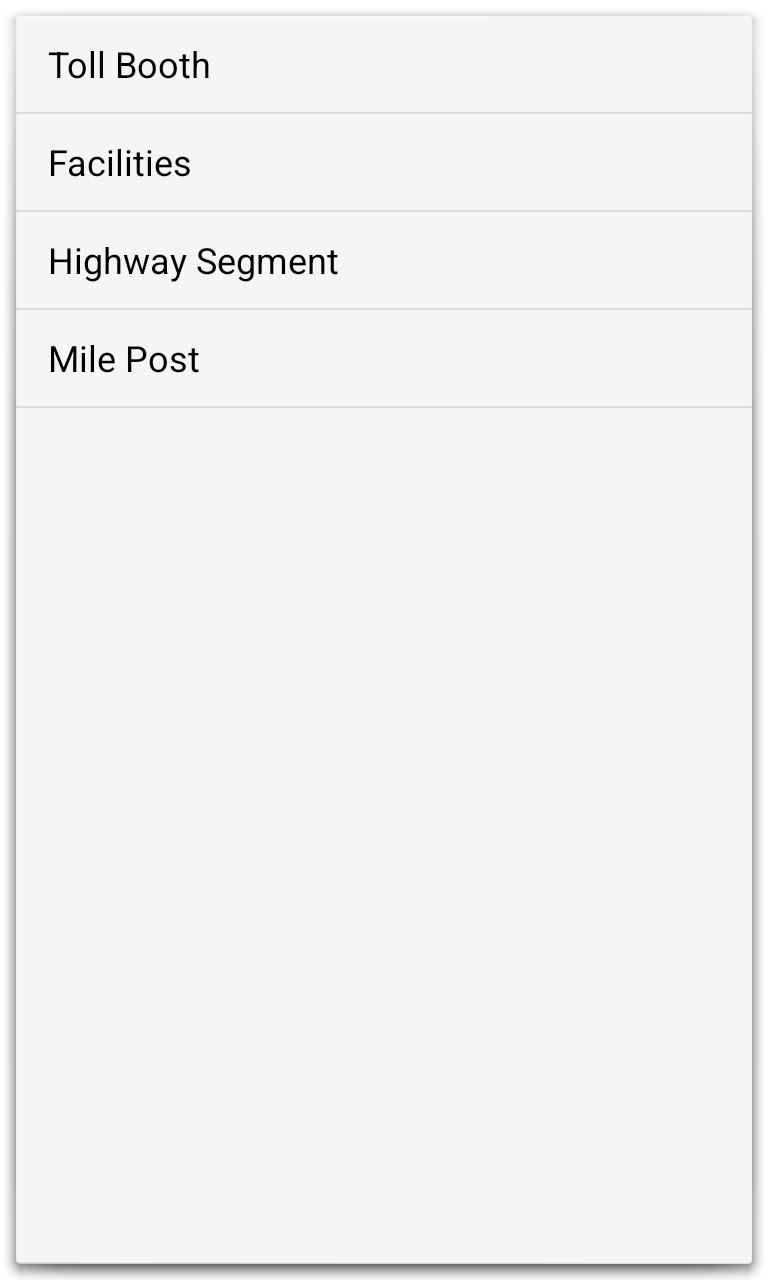
Repository: greatrakshit/Personal
Layout: POIRecorder/res/layout/activity_poi_list.xml
The author's editor kept a copy of each file at every save. The layout is drawn from the files as they stood at one save, then again after the next save.
It is drawn on a 768 x 1280 px phone screen (xhdpi) without system bars, with theme android:Theme.Holo.Light.Dialog; the app's code is not run. Lists and similar views that code fills are empty.

Above is the layout before, as saved 2014-09-14 11:15:21.

After the next save:
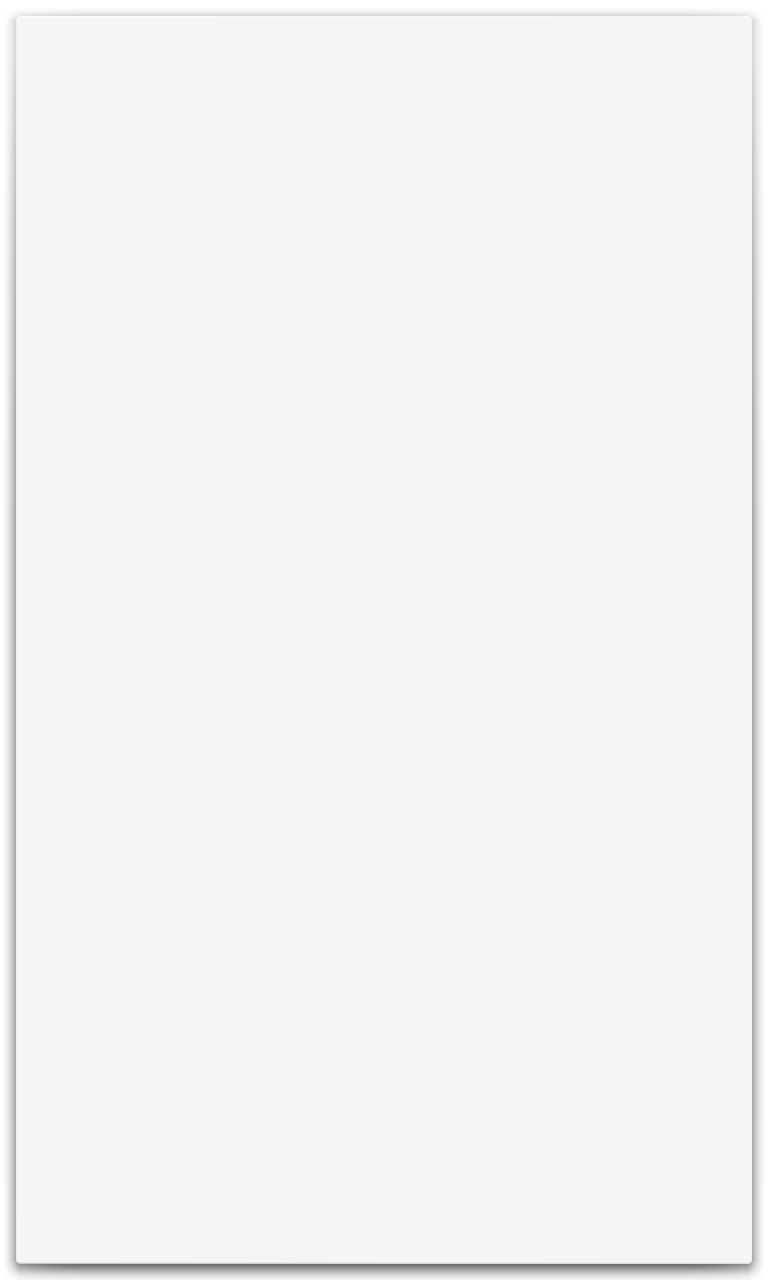
Saved 106 s later.
--- a/POIRecorder/res/layout/activity_poi_list.xml
+++ b/POIRecorder/res/layout/activity_poi_list.xml
@@ -1,7 +1,6 @@
 <ListView xmlns:android="http://schemas.android.com/apk/res/android"
-    android:id="@android:id/list"
+    android:id="@+id/listViewPoi"
     android:layout_width="fill_parent"
-    android:layout_height="fill_parent"
-    android:entries="@array/poi_list" >
+    android:layout_height="fill_parent" >
 
 </ListView>
